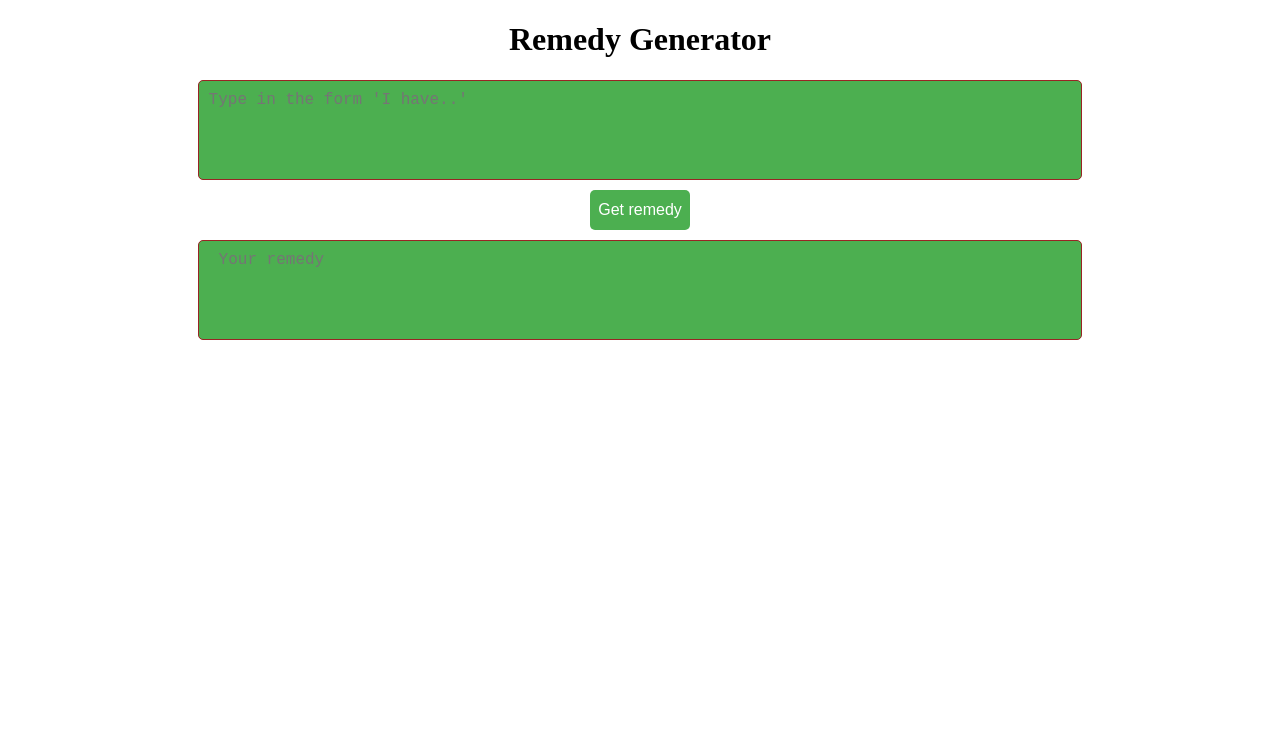
Repository: krutarthh/Ayurvedic-Remedy
Page: index.html
An editor plug-in stored every save of this project. The page is shown before and after the next save, followed by the edit.
The browser window is 1280 px wide. The pictures show the whole page.

Above is the page before, as saved 2024-04-06 17:35:45.

### index.html
<!DOCTYPE html>
<html>
  <head>

    <script type="importmap">
      {
        "imports": {
          "@google/generative-ai": "https://esm.run/@google/generative-ai"
        }
      }
    </script>
  </head>
  <body>
  <div class="container">
    <h1>Remedy Generator</h1>
    <link rel="stylesheet" href="app.css">
    <div>
      <textarea id="user_input" placeholder="Type in the form 'I have..'" type="container"></textarea>
    </div>
    <div>


    <button id="Send" type="container">Get remedy</button>
    </div>
    <div>
      <textarea id="answer" placeholder="Your remedy"type="container"></textarea>
    </div>
  </div>
    <script type="module" src="app.js"></script>
  </body>
</html>

### app.css
/* app.css */

.container {

    flex-direction: column;
    align-items: center;
    justify-content: center;
    height: 100vh;
    text-align: center;
}

#user_input,
#answer {
    width: 70%;
    padding: 10px;
    font-size: 16px;
    border: 1px solid #992424;
    background: #efecec;
    border-radius: 5px;
    box-sizing: border-box;
    resize: none;
    height: 100px;
    margin: 0 auto;
    display: block;
    background-color: #4CAF50;
}

#user_input {
    margin-bottom: 10px;
}

#Send {
    width: 100px;
    height: 40px;
    background-color: #4CAF50;
    color: white;
    border: none;
    border-radius: 5px;
    font-size: 16px;
    cursor: pointer;
}

#answer {
    padding-left: 20px;
    margin-top: 10px;
}

### app.js
import { GoogleGenerativeAI } from "@google/generative-ai";


const API_KEY = "AIzaSyDBtZZsASIYVyQiLgik32sfZeJjd2X8IPQ";


const genAI = new GoogleGenerativeAI(API_KEY);

const model = genAI.getGenerativeModel({ model: "gemini-pro" });


const user_input = document.getElementById("user_input");
const answer_area = document.getElementById("answer");
const send_button = document.getElementById("Send");

send_button.addEventListener("click", async () => {
    const question = user_input.value;
    const answer = await generateText(question + "give me a ayurvedic remidy, the answer should be short and specific behave like a chatbot dont format your answers just give simple text answers.");
    answer_area.textContent = answer;
});

async function generateText(prompt) {

    const result = await model.generateContent(prompt);
    const response = await result.response;
    const text = await response.text();
    return text;
}

After the next save:
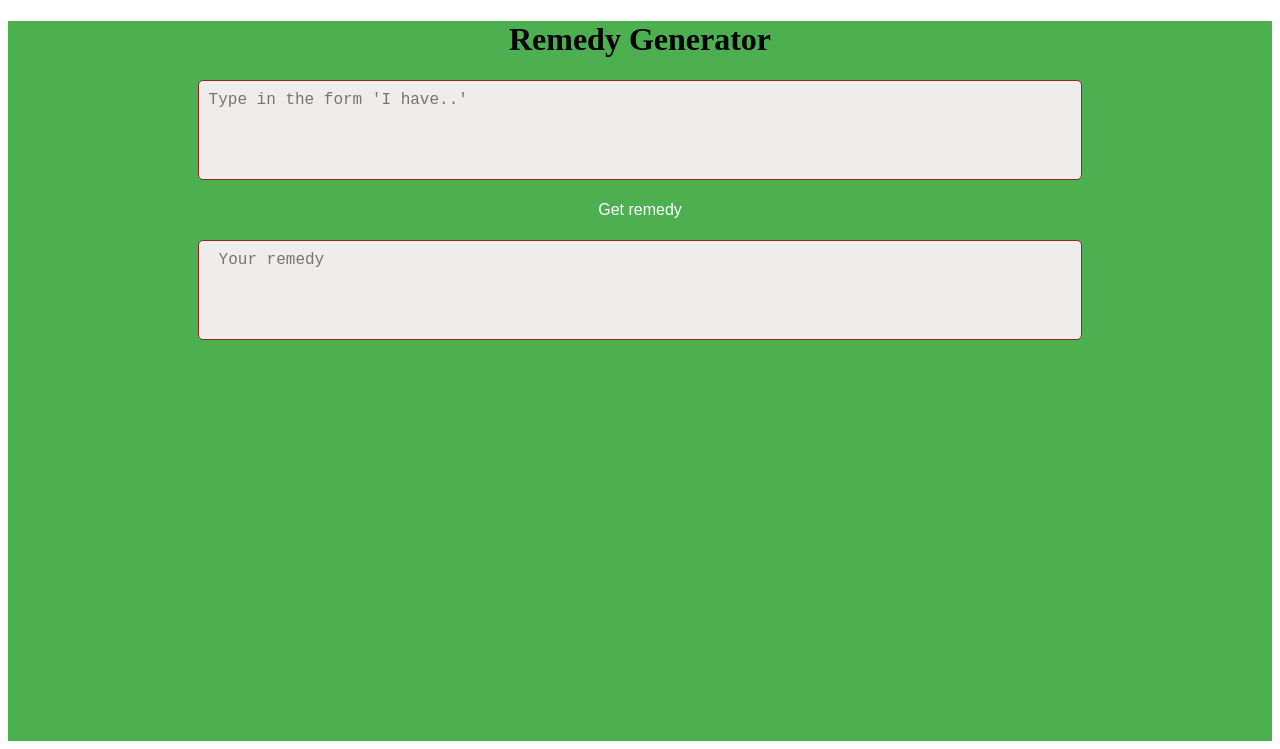
Saved 9 s later.
--- a/app.css
+++ b/app.css
@@ -7,6 +7,7 @@
     justify-content: center;
     height: 100vh;
     text-align: center;
+    background-color: #4CAF50;
 }
 
 #user_input,
@@ -22,7 +23,7 @@
     height: 100px;
     margin: 0 auto;
     display: block;
-    background-color: #4CAF50;
+
 }
 
 #user_input {
